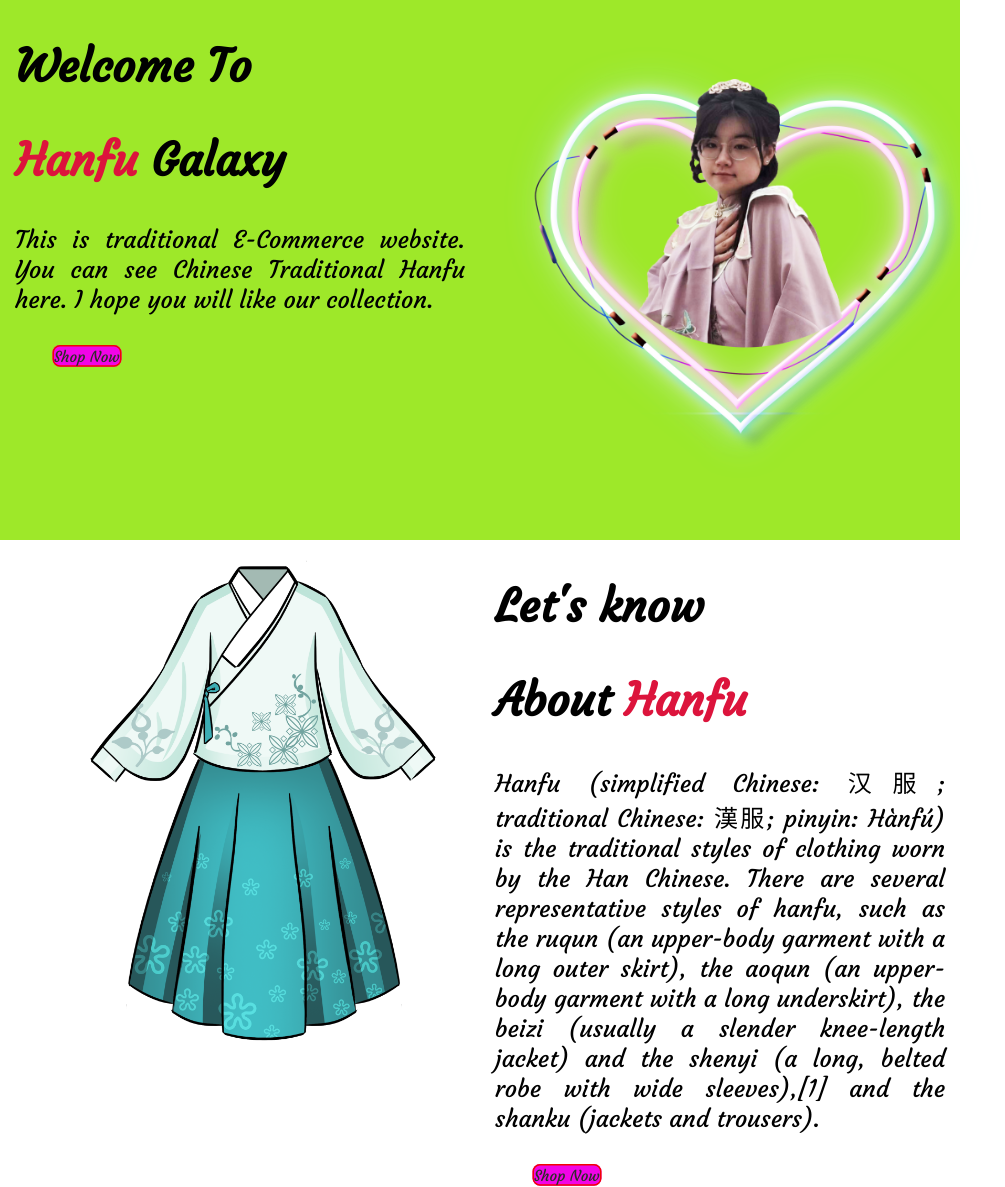
Repository: ramizraaz/E-Commerce
Page: index.html
The author's editor kept a copy of each file at every save. The page is drawn from the files as they stood at one save, then again after the next save.
The browser window is 1280 px wide. The page is 1340 px wide, so the pictures cover 1340 px, including what lies to the right of the window. The pictures show the whole page, at 75% of full size.

Above is the page before, as saved 2022-02-06 21:26:15.

### index.html
<!DOCTYPE html>
<html lang="en">

<head>
    <meta charset="UTF-8">
    <meta http-equiv="X-UA-Compatible" content="IE=edge">
    <meta name="viewport" content="width=device-width, initial-scale=1.0">
    <title>Document</title>
    <link rel="stylesheet" href="main.css">
</head>

<body>
    <section class="top">
        <div class="container">
            <h1>Welcome To </h1>
            <h1><span> Hanfu </span>Galaxy</h1>
            <p>This is traditional E-Commerce website. You can see Chinese Traditional Hanfu here. I hope you will like our collection.
            </p>
            <a href="index.html">Shop Now</a>
        </div>
        <div class="container">
            <img src="images/bg-1.png" alt="showart">
        </div>
    </section>
    <section class="mid">
        <div class="container">
            <img src="images/bg-2.png" alt="showart">
        </div>
        <div class="container">
            <h1>Let's know </h1>
            <h1>About<span> Hanfu </span></h1>
            <p>Hanfu (simplified Chinese: 汉服; traditional Chinese: 漢服; pinyin: Hànfú) is the traditional styles of clothing worn by the Han Chinese. There are several representative styles of hanfu, such as the ruqun (an upper-body garment with a long outer
                skirt), the aoqun (an upper-body garment with a long underskirt), the beizi (usually a slender knee-length jacket) and the shenyi (a long, belted robe with wide sleeves),[1] and the shanku (jackets and trousers).
            </p>
            <a href="index.html">Shop Now</a>
        </div>
    </section>
</body>

</html>

### main.css
@import url('https://fonts.googleapis.com/css2?family=Courgette&display=swap');
body {
    font-family: 'Courgette', cursive;
    margin: 0;
    font-size: 2rem;
}

h1 {
    font-size: 60px;
}

p {
    text-align: justify;
}

span {
    color: crimson;
}

img {
    width: 700px;
}

a {
    text-decoration: none;
    border: 2px solid #f10404;
    border-radius: 10px;
    font-size: 20px;
    margin-left: 50px;
    background-color: #f104e6;
    color: rgb(44, 44, 41);
}

.top {
    display: flex;
    background-color: #93e60fe3;
    height: 100vh;
}

.container {
    width: 50%;
    padding-left: 20px;
}

.mid {
    display: flex;
}

.mid .container {
    padding: 0px 20px 0px 0px;
}

After the next save:
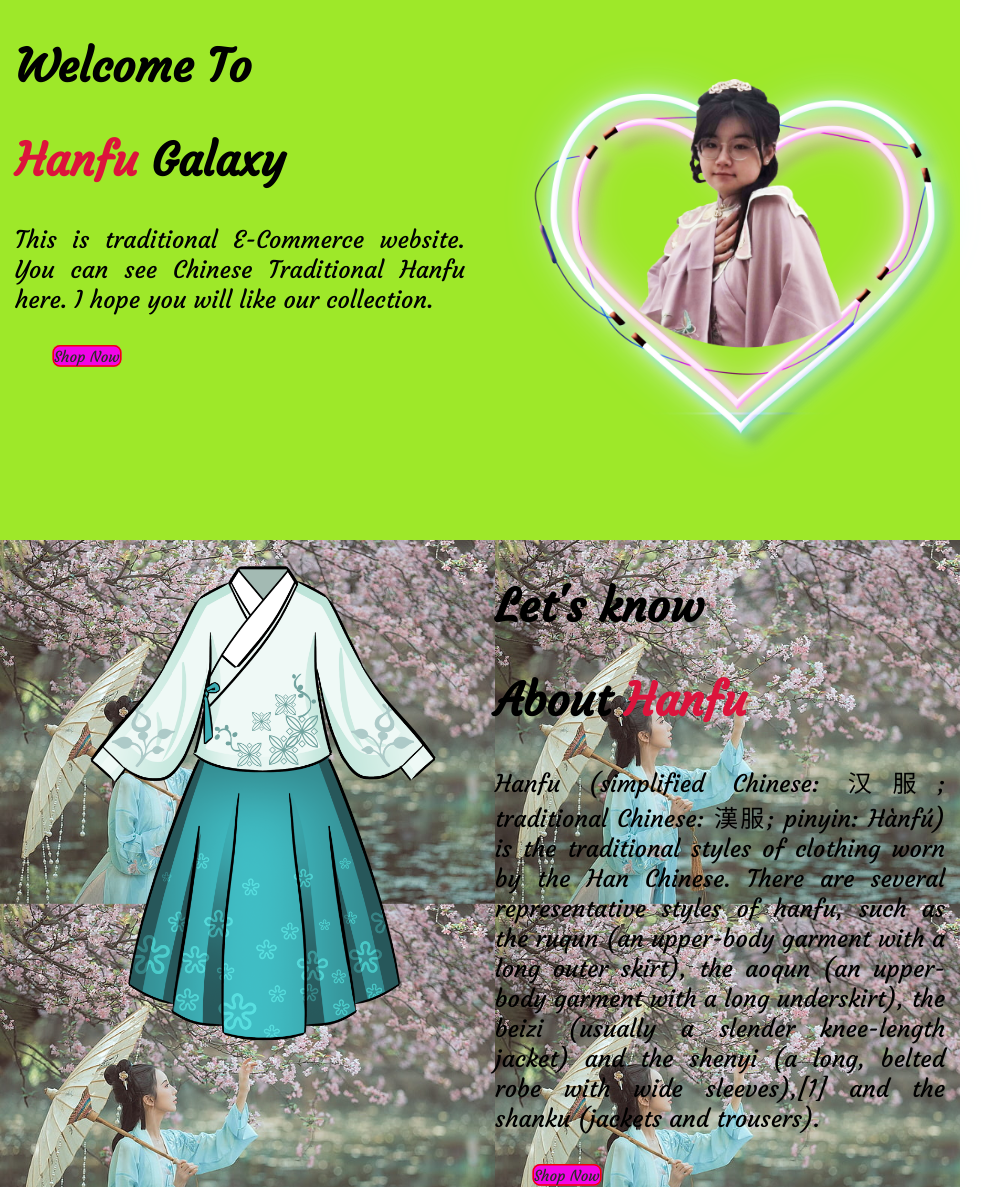
Saved 2 min 28 s later.
--- a/main.css
+++ b/main.css
@@ -48,4 +48,5 @@ a {
 
 .mid .container {
     padding: 0px 20px 0px 0px;
+    background-image: url(./images/mid-bg.jpg);
 }
